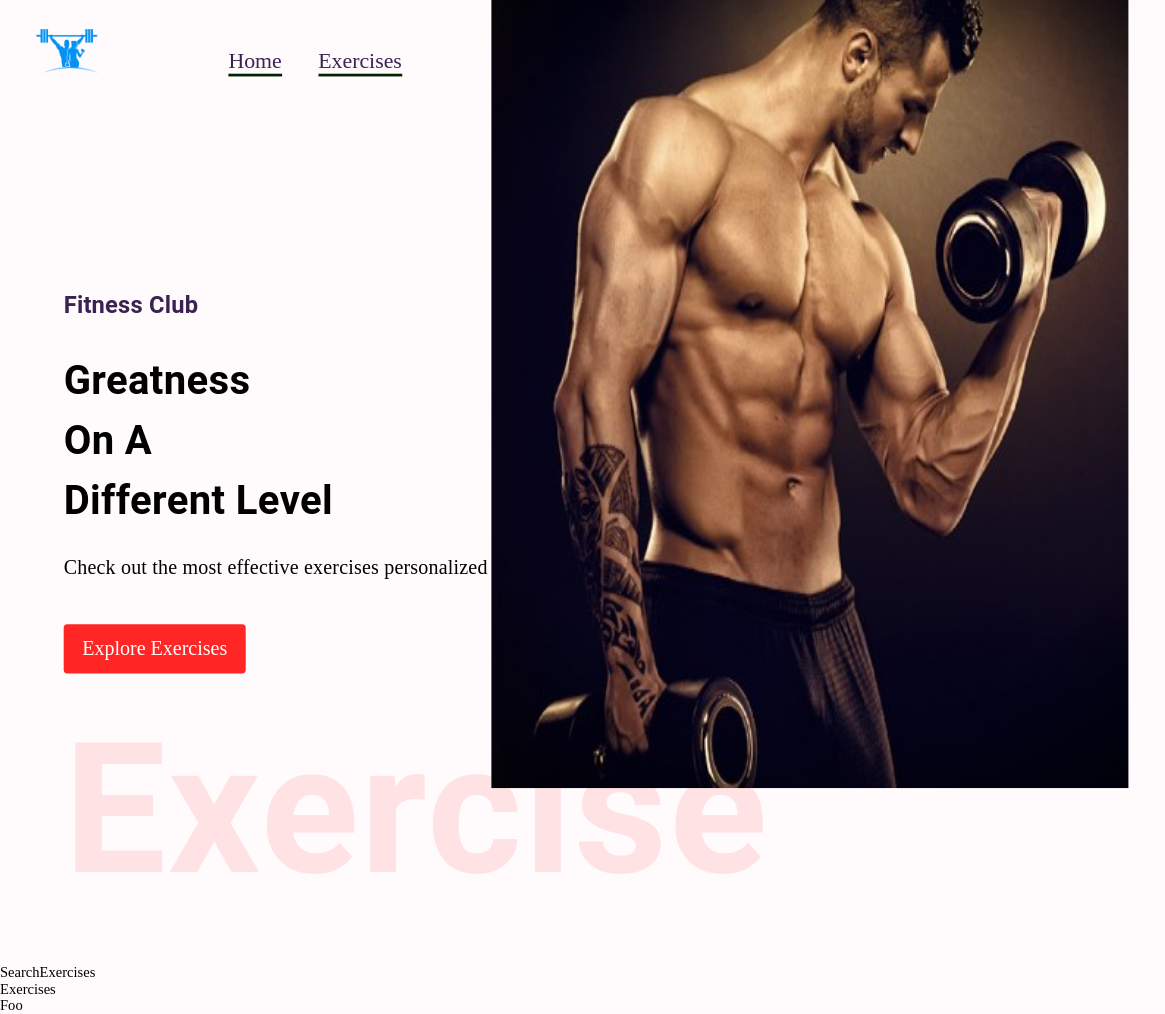
Repository: MhlengiNgubane/Workout-App
Page: /
These files come from the project's save history. The page is drawn as it stood at one moment and after the next save; the edit follows.
The browser window is 1280 px wide. The pictures show the whole page, at 91% of full size.
The project was rebuilt for these pictures with package versions that can differ from the ones it lists, and the page was loaded fresh each time. Also part of the build but not shown: src/pages/ExerciseDetail.js.

Above is the page before, as saved 2022-07-31 20:41:06.

After the next save:
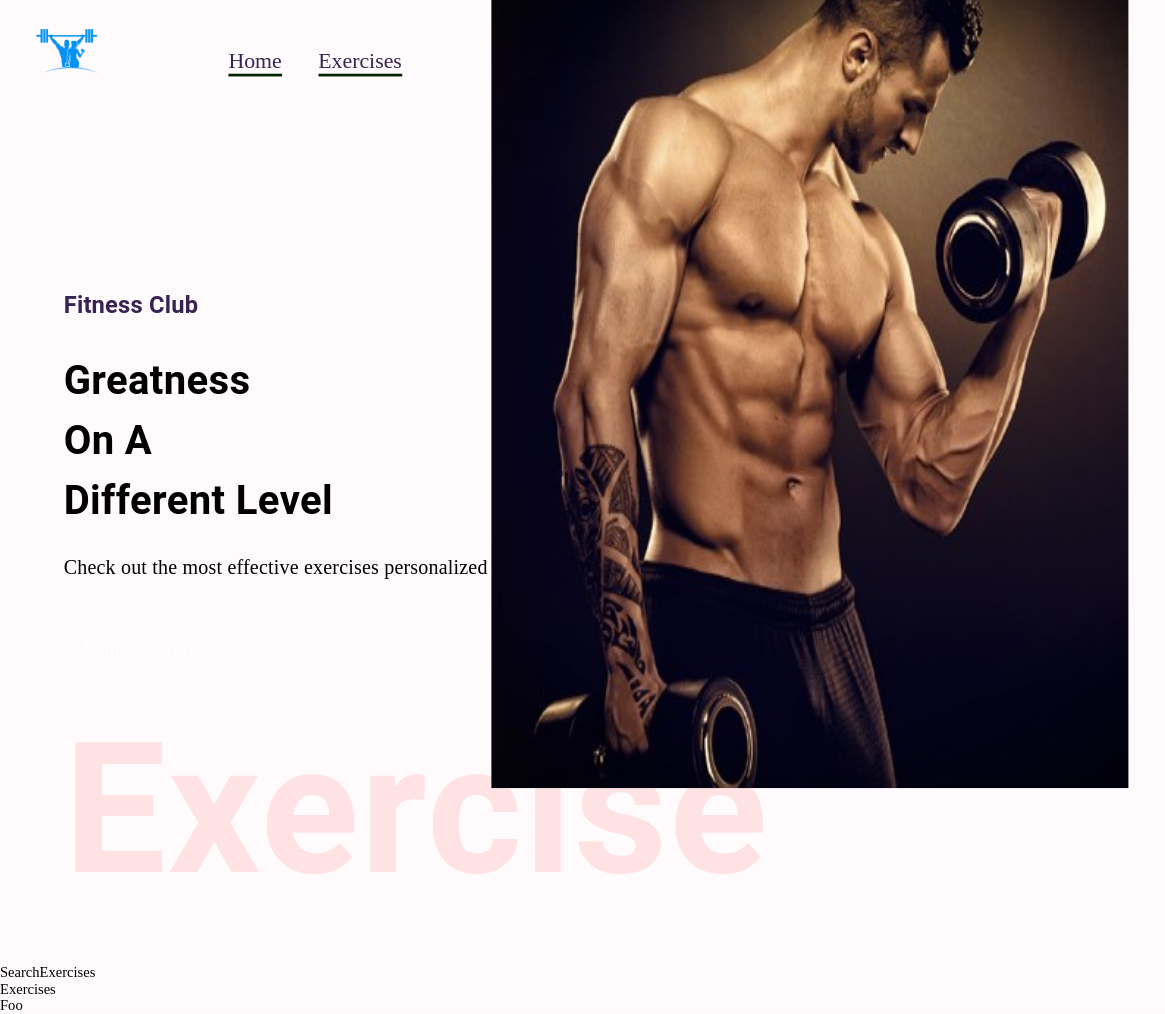
Saved 53 s later.
--- a/src/components/HeroBanner.js
+++ b/src/components/HeroBanner.js
@@ -13,7 +13,7 @@ const HeroBanner = () => (
       Check out the most effective exercises personalized to you
     </Typography>
     <Stack>
-      <a href="#exercises" style={{ marginTop: '45px', textDecoration: 'none', width: '200px', textAlign: 'center', background: '#FF2625', padding: '14px', fontSize: '22px', textTransform: 'none', color: 'white', borderRadius: '4px' }}>Explore Exercises</a>
+      <a href="#exercises" style={{ marginTop: '45px', textDecoration: 'none', width: '200px', textAlign: 'center', background: '##3A2252', padding: '14px', fontSize: '22px', textTransform: 'none', color: 'white', borderRadius: '4px' }}>Explore Exercises</a>
     </Stack>
     <Typography fontWeight={600} color="#FF2625" sx={{ opacity: '0.1', display: { lg: 'block', xs: 'none' }, fontSize: '200px' }}>
       Exercise
